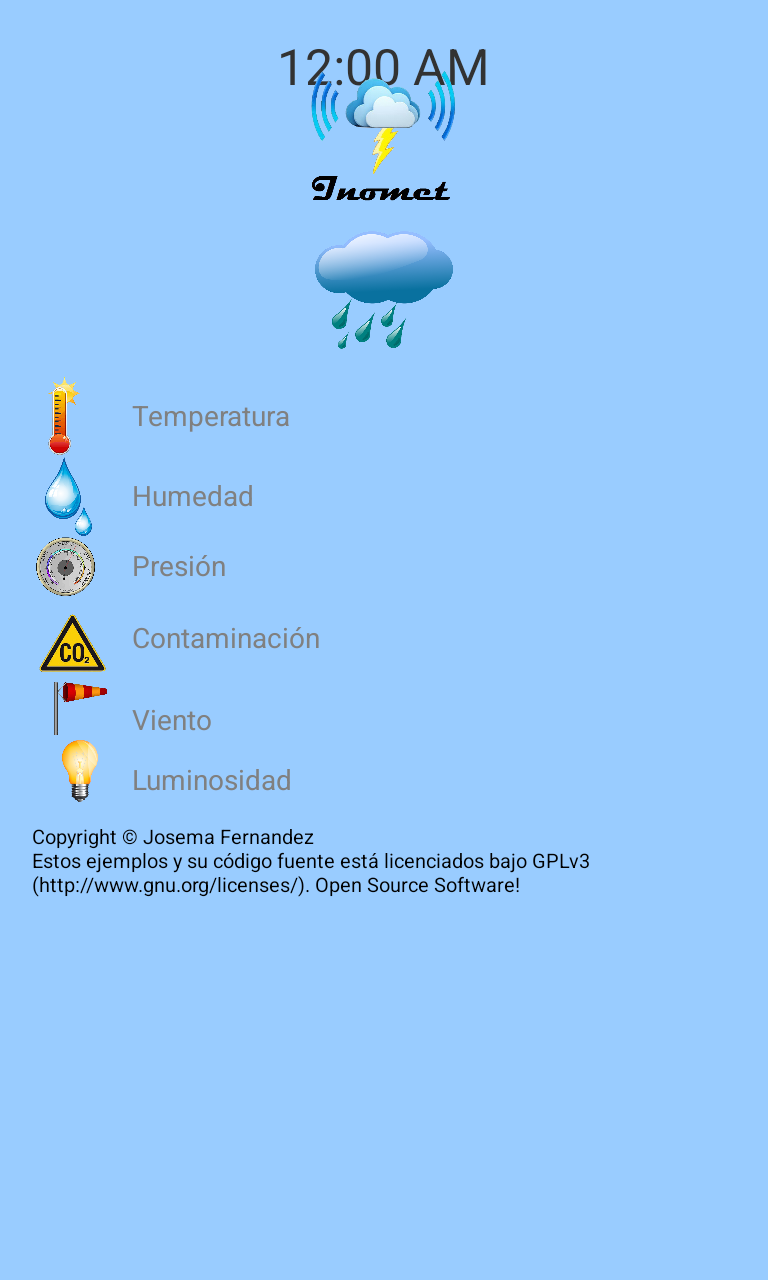
Repository: poxtius/android
Layout: Inomet/res/layout/activity_inomet.xml
An editor plug-in stored every save of this project. The layout is shown before and after the next save, followed by the edit.
It is drawn on a 768 x 1280 px phone screen (xhdpi) without system bars, with theme AppTheme; the app's code is not run.

Above is the layout before, as saved 2014-02-27 21:26:37.

### Inomet/res/layout/activity_inomet.xml
<ScrollView xmlns:android="http://schemas.android.com/apk/res/android"
  xmlns:tools="http://schemas.android.com/tools"
  android:orientation="vertical"
  android:background="#99CCFF"
  android:layout_width="wrap_content"
  android:layout_height="fill_parent">

<RelativeLayout
    android:layout_width="match_parent"
    android:layout_height="wrap_content"
    android:paddingBottom="@dimen/activity_vertical_margin"
    android:paddingLeft="@dimen/activity_horizontal_margin"
    android:paddingRight="@dimen/activity_horizontal_margin"
    android:paddingTop="@dimen/activity_vertical_margin"
    tools:context=".Inomet" >

    <DigitalClock
        android:id="@+id/relojDigital"
        android:layout_width="wrap_content"
        android:layout_height="wrap_content"
        android:layout_centerHorizontal="true"
        android:textSize="25sp"
        android:layout_alignParentTop="true"/>

    <LinearLayout
        android:layout_width="match_parent"
        android:layout_height="match_parent"
        android:layout_marginTop="30dp"
        android:layout_alignParentLeft="true"
        android:layout_centerVertical="true"
        android:orientation="vertical"
        tools:ignore="UselessParent" >

        <ImageView
            android:id="@+id/logoInomet"
            android:layout_width="104dp"
            android:layout_height="71dp"
            android:layout_gravity="center"
            android:layout_marginBottom="10dp"
            android:contentDescription="@string/logoInomet"
            android:src="@drawable/logo" />

        <ImageView
            android:id="@+id/lluviaInomet"
            android:layout_width="69dp"
            android:layout_height="66dp"
            android:layout_gravity="center"
            android:layout_marginBottom="10dp"
            android:contentDescription="@string/lluviaInomet"
            android:src="@drawable/lluvia" />

        <LinearLayout
            android:layout_width="match_parent"
            android:layout_height="wrap_content"
            android:orientation="horizontal"
            tools:ignore="UseCompoundDrawables" >

            <ImageView
                android:id="@+id/tempeInomet"
                android:layout_width="32dp"
                android:layout_height="40dp"
                android:layout_marginRight="18dp"
                android:contentDescription="@string/tempeInomet"
                android:src="@drawable/tempe" />

            <TextView
                android:id="@+id/tempeText"
                android:layout_width="match_parent"
                android:layout_height="wrap_content"
                android:paddingTop="10dp"
                android:hint="@string/tempeInomet" />

        </LinearLayout>

        <LinearLayout
            android:layout_width="match_parent"
            android:layout_height="wrap_content"
            tools:ignore="UseCompoundDrawables" >

            <ImageView
                android:id="@+id/humedadInomet"
                android:layout_width="36dp"
                android:layout_height="40dp"
                android:layout_marginRight="14dp"
                android:contentDescription="@string/humedadInomet"
                android:src="@drawable/humedad" />

            <TextView
                android:id="@+id/humedadText"
                android:layout_width="match_parent"
                android:layout_height="wrap_content"
                android:layout_weight="1"
                android:hint="@string/humedadInomet"
                android:paddingTop="10dp"
                tools:ignore="InefficientWeight" />

        </LinearLayout>

        <LinearLayout
            android:layout_width="match_parent"
            android:layout_height="wrap_content"
            tools:ignore="UseCompoundDrawables" >

            <ImageView
                android:id="@+id/presionInomet"
                android:layout_width="34dp"
                android:layout_height="31dp"
                android:layout_marginRight="16dp"
                android:contentDescription="@string/presionInomet"
                android:src="@drawable/presion" />

            <TextView
                android:id="@+id/presionText"
                android:layout_width="match_parent"
                android:layout_height="wrap_content"
                android:layout_weight="0.75"
                android:ems="10"
                android:hint="@string/presionInomet"
                android:paddingTop="5dp"
                tools:ignore="InefficientWeight" >

            </TextView>

        </LinearLayout>

        <LinearLayout
            android:layout_width="match_parent"
            android:layout_height="wrap_content"
            tools:ignore="UseCompoundDrawables" >

            <ImageView
                android:id="@+id/contaInomet"
                android:layout_width="41dp"
                android:layout_height="41dp"
                android:layout_marginRight="9dp"
                android:paddingTop="5dp"
                android:contentDescription="@string/contaInomet"
                android:src="@drawable/contaminacion" />

            <TextView
                android:id="@+id/contaminacionText"
                android:layout_width="fill_parent"
                android:layout_height="wrap_content"
                android:paddingTop="10dp"
                android:hint="@string/contaInomet" />
        </LinearLayout>

        <LinearLayout
            android:layout_width="match_parent"
            android:layout_height="wrap_content"
            tools:ignore="UseCompoundDrawables" >

            <ImageView
                android:id="@+id/vientoInomet"
                android:layout_width="48dp"
                android:layout_height="30dp"
                android:layout_marginRight="2dp"
                android:contentDescription="@string/vientoInomet"
                android:src="@drawable/viento" />

            <TextView
                android:id="@+id/vientoText"
                android:layout_width="fill_parent"
                android:layout_height="wrap_content"
                android:paddingTop="10dp"
                android:hint="@string/vientoInomet" />

        </LinearLayout>

         <LinearLayout
             android:layout_width="match_parent"
             android:layout_height="wrap_content"
             tools:ignore="UseCompoundDrawables" >

            <ImageView
                android:id="@+id/luminosidadInomet"
                android:layout_width="48dp"
                android:layout_height="31dp"
                android:layout_marginRight="2dp"
                android:contentDescription="@string/luminosidadInomet"
                android:src="@drawable/luminosidad" />

            <TextView
                android:id="@+id/luminosidadText"
                android:layout_width="fill_parent"
                android:layout_height="wrap_content"
                android:paddingTop="10dp"
                android:hint="@string/luminosidadInomet" />

        </LinearLayout>

    <TextView
        android:layout_width="wrap_content"
        android:layout_height="wrap_content"
        android:layout_alignParentBottom="true"
        android:layout_marginTop="10dp"
        android:text="@string/license"
        android:textColor="#000000"
        android:textSize="10dip"
        tools:ignore="ObsoleteLayoutParam,SpUsage" />

    </LinearLayout>


</RelativeLayout>



</ScrollView>

### Inomet/res/values/strings.xml
<?xml version="1.0" encoding="utf-8"?>
<resources>

    <string name="app_name">Inomet</string>
    <string name="action_settings">Settings</string>
    <string name="logoInomet">Inomet</string>
    <string name="lluviaInomet">Llueve?</string>
    <string name="tempeInomet">Temperatura</string>
    <string name="humedadInomet">Humedad</string>
    <string name="presionInomet">Presión</string>
    <string name="contaInomet">Contaminación</string>
	<string name="vientoInomet">Viento</string>
	<string name="luminosidadInomet">Luminosidad</string>
	<string name="direccionEstacion">Dirección de la Estación Metereologica</string>
	<string name="direccionWeb">10.123.5.43</string>
	<string name="dirOKestacion">OK</string>

	<string name="license">Copyright &#169; Josema Fernandez\nEstos ejemplos y su código fuente está licenciados bajo GPLv3 (http://www.gnu.org/licenses/). Open Source Software!</string>

</resources>

Loaded but not shown: Inomet/res/values/styles.xml (common file); Inomet/res/values-v11/styles.xml (common file); Inomet/res/values-v14/styles.xml (common file); Inomet/res/values/dimens.xml (common file)

After the next save:
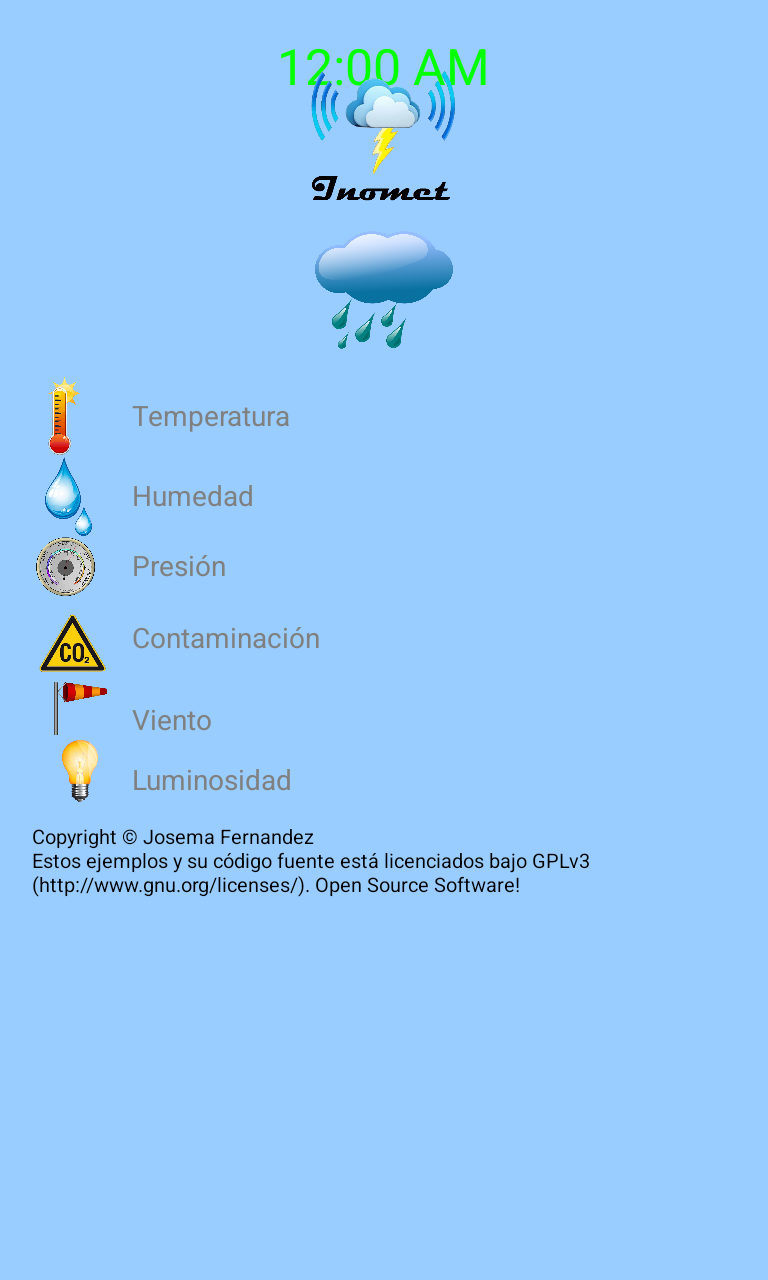
Saved 2 min 31 s later.
--- a/Inomet/res/layout/activity_inomet.xml
+++ b/Inomet/res/layout/activity_inomet.xml
@@ -20,6 +20,7 @@
         android:layout_height="wrap_content"
         android:layout_centerHorizontal="true"
         android:textSize="25sp"
+        android:textColor="#ff00ff00"
         android:layout_alignParentTop="true"/>
 
     <LinearLayout
